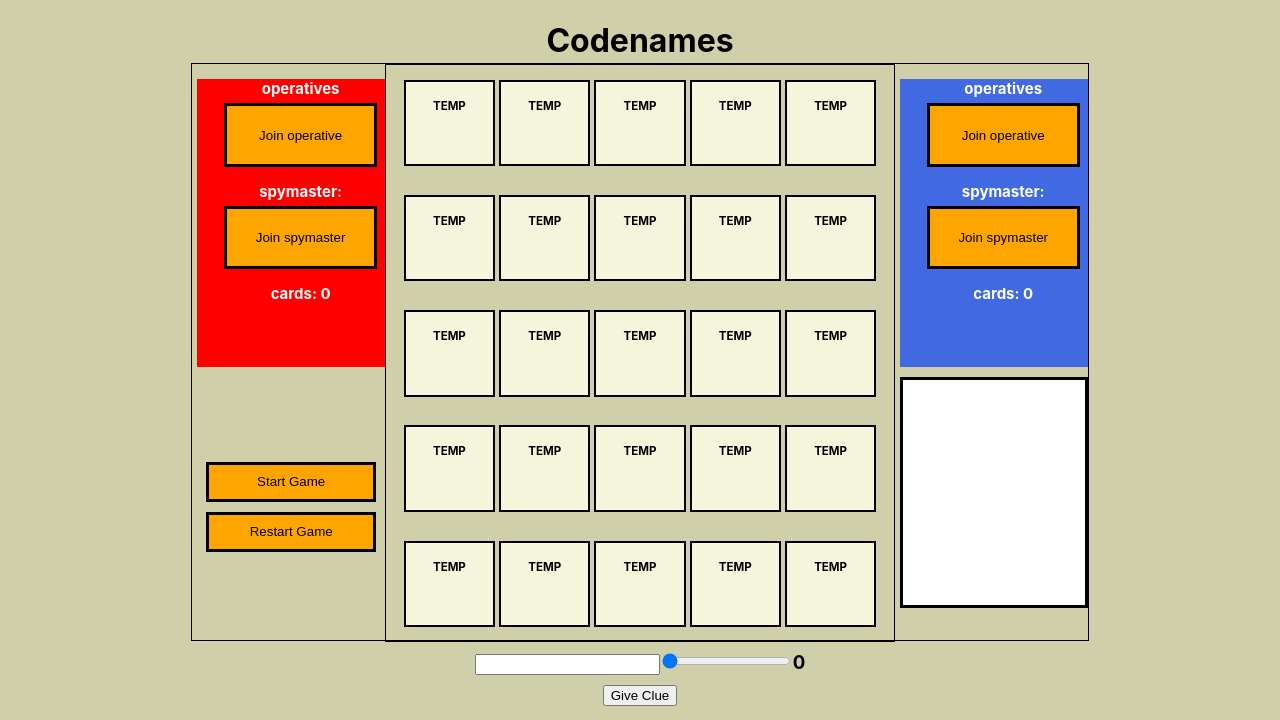
Repository: alcarrizo/Codenames-Fullstack
Page: / (app in client/)
The author's editor kept a copy of each file at every save. The page is drawn from the files as they stood at one save, then again after the next save.
The browser window is 1280 px wide. The pictures show the whole page.
The project was rebuilt for these pictures with package versions that can differ from the ones it lists, and the page was loaded fresh each time. Imported but missing from the stored project, and not drawn on this page: client/src/reportWebVitals.

Above is the page before, as saved 2023-01-17 15:07:57.

### client/src/index.js
import React from 'react';
import ReactDOM from 'react-dom/client';
import './index.css';
import App from './App';
import reportWebVitals from './reportWebVitals';
import './css/styles.css'


const root = ReactDOM.createRoot(document.getElementById('root'));
root.render(
  <React.StrictMode>
    <App />
  </React.StrictMode>
);

// If you want to start measuring performance in your app, pass a function
// to log results (for example: reportWebVitals(console.log))
// or send to an analytics endpoint. Learn more: https://bit.ly/CRA-vitals
reportWebVitals();

### client/src/App.js
import logo from './logo.svg';
import './App.css';
import { useState, useEffect } from 'react';

const Card = ({ card, revealCard, player }) => {

  var className = 'card '
  className = player.role === 'spymaster' ? className + card.team : className
  className = card.clicked ? "card " + card.team + ' picked' : className

  return (
    <div className={className} onClick={() => revealCard(card.id)}>
      {card.word === null ? 'temp' : card.word}
    </div >
  )
}

const PlayerInfo = ({ joinClass, className, joinTeam, numCards }) => {


  return (
    <div className={className + "Team"}>
      <p>operatives </p>
      <p id={className + '-operative-players'}></p>
      <Btn onClick={() => joinTeam(className, 'operative')} className={joinClass} id={className + '-join-operative'} name="Join operative" />
      <p>spymaster: </p>
      <p id={className + '-spymaster-players'}></p>
      <Btn onClick={() => joinTeam(className, 'spymaster')} className={joinClass} id={className + '-join-spymaster'} name="Join spymaster" />
      <p id={className + '-remaining-cards'}>{'cards: ' + numCards}</p>
    </div>
  )

}

const Btn = (props) => {
  return (
    <button id={props.id} onClick={props.onClick} className={props.className}>{props.name}</button>
  )
}

const App = () => {

  const [cards, setCards] = useState(Array(25).fill({
    id: 0,
    word: null,
    team: 'beige',
    clicked: false
  }).map((c, i) => {
    return {
      ...c, id: i
    }
  }
  ))

  // player object
  const [player, setPlayer] = useState({
    name: 'Joker',
    team: null,
    role: null,
    joined: false
  })

  const [clueGiven, setClueGiven] = useState(false)

  // Keeps track of turns
  const [turn, setTurn] = useState('')
  document.body.className = turn

  const [gameStart, setGameStart] = useState(false)

  //reveals the clue class if the player is the spymaster,
  //they have the turn, and a clue hasn't been given
  var clueClass = player.team === turn && player.role === 'spymaster' && !clueGiven ? 'clue-area' : 'clue-area hide'
  // revealing the end turn button if it's your turn and your role isn't spymaster
  var endClass = player.team === turn && player.role !== 'spymaster' ? 'menuBtn' : 'menuBtn hide'

  // reveals/hides the join team buttons depending on whether the player has joined or not
  var joinClass = player.joined ? 'join-button hide' : 'join-button'

  var words = "Africa, Agent, Air, Alien, Alps, Amazon, Ambulance, America, Angel, Antarctica, Apple, Arm, Atlantis, Australia, Aztec, Back, Ball, Band, Bank, Bar, Bark, Bat, Battery, Beach, Bear, Beat, Bed, Beijing, Bell, Belt, Berlin, Bermuda, Berry, Bill, Block, Board, Bolt, Bomb, Bond, Boom, Boot, Bottle, Bow, Box, Bridge, Brush, Buck, Buffalo, Bug, Bugle, Button, Calf, Canada, Cap, Capital, Car, Card, Carrot, Casino, Cast, Cat, Cell, Centaur, Center, Chair, Change, Charge, Check, Chest, Chick, China, Chocolate, Church, Circle, Cliff, Cloak, Club, Code, Cold, Comic, Compound, Concert, Conductor, Contract, Cook, Copper, Cotton, Court, Cover, Crane, Crash, Cricket, Cross, Crown, Cycle, Czech, Dance, Date, Day, Death, Deck, Degree, Diamond, Dice, Dinosaur, Disease, Doctor, Dog, Draft, Dragon, Dress, Drill, Drop, Duck, Dwarf, Eagle, Egypt, Embassy, Engine, England, Europe, Eye, Face, Fair, Fall, Fan, Fence, Field, Fighter, Figure, File, Film, Fire, Fish, Flute, Fly, Foot, Force, Forest, Fork, France, Game, Gas, Genius, Germany, Ghost, Giant, Glass, Glove, Gold, Grace, Grass, Greece, Green, Ground, Ham, Hand, Hawk, Head, Heart, Helicopter, Himalayas, Hole, Hollywood, Honey, Hood, Hook, Horn, Horse, Horseshoe, Hospital, Hotel, Ice, Ice cream, India, Iron, Ivory, Jack, Jam, Jet, Jupiter, Kangaroo, Ketchup, Key, Kid, King, Kiwi, Knife, Knight, Lab, Lap, Laser, Lawyer, Lead, Lemon, Leprechaun, Life, Light, Limousine, Line, Link, Lion, Litter, Loch ness, Lock, Log, London, Luck, Mail, Mammoth, Maple, Marble, March, Mass, Match, Mercury, Mexico, Microscope, Millionaire, Mine, Mint, Missile, Model, Mole, Moon, Moscow, Mount, Mouse, Mouth, Mug, Nail, Needle, Net, New york, Night, Ninja, Note, Novel, Nurse, Nut, Octopus, Oil, Olive, Olympus, Opera, Orange, Organ, Palm, Pan, Pants, Paper, Parachute, Park, Part, Pass, Paste, Penguin, Phoenix, Piano, Pie, Pilot, Pin, Pipe, Pirate, Pistol, Pit, Pitch, Plane, Plastic, Plate, Platypus, Play, Plot, Point, Poison, Pole, Police, Pool, Port, Post, Pound, Press, Princess, Pumpkin, Pupil, Pyramid, Queen, Rabbit, Racket, Ray, Revolution, Ring, Robin, Robot, Rock, Rome, Root, Rose, Roulette, Round, Row, Ruler, Satellite, Saturn, Scale, School, Scientist, Scorpion, Screen, Scuba diver, Seal, Server, Shadow, Shakespeare, Shark, Ship, Shoe, Shop, Shot, Sink, Skyscraper, Slip, Slug, Smuggler, Snow, Snowman, Sock, Soldier, Soul, Sound, Space, Spell, Spider, Spike, Spine, Spot, Spring, Spy, Square, Stadium, Staff, Star, State, Stick, Stock, Straw, Stream, Strike, String, Sub, Suit, Superhero, Swing, Switch, Table, Tablet, Tag, Tail, Tap, Teacher, Telescope, Temple, Theater, Thief, Thumb, Tick, Tie, Time, Tokyo, Tooth, Torch, Tower, Track, Train, Triangle, Trip, Trunk, Tube, Turkey, Undertaker, Unicorn, Vacuum, Van, Vet, Wake, Wall, War, Washer, Washington, Watch, Water, Wave, Web, Well, Whale, Whip, Wind, Witch, Worm, Yard".split(',')

  const revealCard = (id) => {
    const card = cards.find(c => c.id === id)
    // clicked cards can't be re-clicked
    if (card.clicked) {
      return
    }
    // makes it so that spymasters, the other team, and spectators
    // can't click cards during your turn
    // if (player.role === 'spymaster' || player.team !== turn || !player.joined) {
    //   return
    // }

    //prevents people from clicking the cards if the game hasn't
    // started/ ended
    if (!gameStart) {
      return
    }



    if (card.team !== turn) {
      changeTurn()
    }
    const revealedCard = { ...card, clicked: true }
    setCards(cards.map(c => c.id === id ? revealedCard : c))

  }

  const assignCards = (size, usedArr, arr, ranNum) => {
    // for loop to select 25 unique random words
    for (let i = 0; i < size; i++) {
      let randumNum = Math.round(Math.random() * ranNum)

      while (usedArr.includes(randumNum)) {
        randumNum = Math.round(Math.random() * ranNum)
      }
      usedArr.push(randumNum)
      arr.push(randumNum)
    }
  }

  const changeTurn = () => {
    // changes turn to the opposite team
    const newTurn = turn === 'blue' ? 'red' : 'blue'
    setTurn(newTurn)
  }

  const startGame = () => {
    setGameStart(true)
    //randomizing who goes first
    let randNum = Math.round(Math.random())
    const whoseTurn = randNum === 0 ? 'blue' : 'red'
    setTurn(whoseTurn)

    // array to hold the words
    var cardWords = []
    // Keeps track of the selected words to avoid using the same word twice
    var usedWords = []

    // getting the 25 words to be used
    assignCards(25, usedWords, cardWords, 399)

    cardWords = cardWords.map(i => words[i])
    // assigning cards to teams
    // resetting the card team arrays
    var redCards = []
    var blueCards = []
    var blackCard = []
    usedWords = []

    // The one who goes first gets 9 cards, otherwise they get 8
    let blueSize = whoseTurn === 'blue' ? 9 : 8
    let redSize = whoseTurn === 'red' ? 9 : 8

    // getting the black card
    assignCards(1, usedWords, blackCard, 24)

    // picking the blue cards
    assignCards(blueSize, usedWords, blueCards, 24)

    // picking the red cards
    assignCards(redSize, usedWords, redCards, 24)

    const newCards = cards.map((c, i) => {
      let team = 'beige'
      if (redCards.includes(i)) {
        team = 'red'
      }
      else if (blueCards.includes(i)) {
        team = 'blue'
      }
      else if (blackCard.includes(i)) {
        team = 'black'
      }
      return { ...c, clicked: false, word: cardWords[i], team: team }
    })
    setCards(newCards)

    // removing the start game button since the game has started
    document.getElementById('startBtn').className += ' hide'

  }

  const joinTeam = (team, role) => {
    const playerTeam = team === 'blue' ? 'blue' : 'red'
    const playerRole = role === 'operative' ? 'operative' : 'spymaster'

    const newPlayer = { ...player, role: playerRole, team: playerTeam, joined: true }

    //adding player's name to their role location
    document.getElementById(playerTeam + "-" + playerRole + "-players").innerHTML += player.name + " "


    setPlayer(newPlayer)
  }

  const restart = () => {

    setGameStart(false)

    // clearing the team name tags
    document.getElementById("blue-operative-players").innerHTML = " "
    document.getElementById("blue-spymaster-players").innerHTML = " "
    document.getElementById("red-operative-players").innerHTML = " "
    document.getElementById("red-spymaster-players").innerHTML = " "

    // resetting the cards to pre game state
    const newCards = cards.map(c => {
      return {
        ...c,
        word: null,
        team: 'beige',
        clicked: false
      }
    })
    setCards(newCards)

    // resetting player to pre game state
    const newPlayer = {
      ...player,
      team: null,
      role: null,
      joined: false
    }
    setPlayer(newPlayer)

    //resetting Turns to pre game state
    setTurn('')

    //bringing back the start game button
    document.getElementById('startBtn').className = 'menuBtn'

    //resetting the winScreen
    document.getElementById('win-screen').className = 'win-screen hide'

  }

  //checks if someone has won whenever a card is picked
  useEffect(() => {
    if (!gameStart) {
      return
    }
    let newWin = false
    let winningTeam = ''
    if (cards.filter(c => c.team === 'blue' && !c.clicked).length === 0) {
      newWin = true
      winningTeam = 'blue'
    }
    else if (cards.filter(c => c.team === 'red' && !c.clicked).length === 0) {
      newWin = true
      winningTeam = 'red'
    }
    else if (cards.filter(c => c.team === 'black' && !c.clicked).length === 0) {
      newWin = true
      winningTeam = turn === 'blue' ? 'red' : 'blue'
    }

    if (newWin === true) {
      setGameStart(false)
      document.getElementById('win-screen').className = 'win-screen'
      document.getElementById('win-screen').innerHTML = winningTeam + ' has won'

      setCards(cards.map(c => { return { ...c, clicked: true } }))
    }
  }, [cards])


  const giveClue = () => {

    let clue = document.getElementById('clue-text').value
    let clueNum = document.getElementById('clueRange').value
    clueNum = clueNum === '10' ? "&infin;" : clueNum
    document.getElementById('clue-log').innerHTML += clue + ' ' + clueNum + '<br>'
    document.getElementById('clue-area').className += 'hide'
  }

  const updateClueNum = () => {
    if (document.getElementById("clueRange").value === '10') {
      document.getElementById("rangeNumber").innerHTML = "&infin;"
    }
    else {
      document.getElementById("rangeNumber").innerHTML = document.getElementById("clueRange").value
    }
  }

  return (
    <div className="App">
      <h1>Codenames</h1>

      {/* <button onClick={() => { giveClue('test') }}>test</button> */}

      <div className='wrapper'>
        <div className={"redSide"}>
          <PlayerInfo numCards={cards.filter(c => c.team === 'red' && !c.clicked).length} joinClass={joinClass} joinTeam={joinTeam} className={'red'} />
          <div className='menu'>
            <Btn className='menuBtn' onClick={() => startGame()} id="startBtn" name="Start Game" />
            <Btn className='menuBtn' onClick={() => restart()} id="resetBtn" name="Restart Game" />
          </div>
        </div>

        <div className='gameBoard'>
          {
            cards.map((card) =>
              <Card
                player={player}
                key={card.id}
                card={card}
                revealCard={revealCard} />
            )
          }

        </div>

        <div className={"blueSide"}>
          <PlayerInfo numCards={cards.filter(c => c.team === 'blue' && !c.clicked).length} joinClass={joinClass} joinTeam={joinTeam} className={'blue'} />
          <div id='clue-log' className='clue-log'></div>
          <Btn onClick={() => changeTurn()} className={endClass} id="endTurn" name="End Turn" />
        </div>

        <div className='win-screen hide' id='win-screen'></div>
      </div>

      <div className='clue-area ' id='clue-area'>
        <input className='clue-text' id='clue-text' type="text" />
        <div className="rangeDiv" id="rangeDiv">
          <input onChange={() => { updateClueNum() }} className="clue-range" id='clueRange' type="range" autoComplete='off' min="0" max="10" defaultValue="0" />
          <h3 className="range-number" id="rangeNumber">0</h3>
        </div>
        <Btn onClick={() => { giveClue() }} className="clue-submit" id="clue-submit" name="Give Clue" />
      </div>

    </div>
  );
}

export default App;

### client/src/css/styles.css
h1 {
    margin-bottom: 3px;
}

body {
    background-color: #cfcfaa;
}

body.red {
    background-color: #b44c2b;
}

body.blue {
    background-color: #4799b7;
}

.wrapper {
    position: relative;
    border: 0.05rem solid black;
    width: 70%;
    height: 80vh;
    display: flex;
    background: none;
    margin: 0 auto;

}

.gameBoard {
    display: flex;
    flex-wrap: wrap;
    justify-content: center;
    text-align: center;
    width: 35rem;
    height: 100%;
    /*   width: 500px;
    height: 500px; */
    /*width: 15rem;
    height: 15rem;
    */
    border: 0.05rem solid black;
    margin: auto;
}



.card {
    /* background-color: royalblue; */
    background-color: beige;
    box-sizing: border-box;
    /*width: 75px;
    height: 65px;
  */
    /*   width: 5.5rem;
    height: 5rem; */
    width: 18%;
    height: 15%;
    margin: auto 2px;
    border: 2px black solid;
    font-size: .9vw;
    padding-top: 17px;
    text-transform: uppercase;
    font-weight: bold;
    transition: none;
}

.card.blue {
    background-color: royalblue;

}

.card.red {
    background-color: #ff6000;
}

.card.black {
    background-color: black;
    color: white;

}

.card.beige {
    background-color: #b9b979;
}

.card.blue,
.card.red,
.card.black,
.card.beige {
    transition: background-color 1s;
}

.card.blue.picked,
.card.red.picked,
.card.black.picked,
.card.beige.picked {
    transition: opacity 1s;
    opacity: 50%;
}


.redSide,
.blueSide {
    color: white;
    height: 100%;
    width: 13rem;
    font-size: 15px;
    font-weight: bold;
    padding-left: 5px;
    padding-bottom: 10px;
    margin: 0 auto;
}

.blueTeam,
.redTeam {
    height: 50%;
    margin-top: 10px;
    padding-left: 10%;

    box-sizing: border-box;
}

.redTeam {
    background-color: red;

}

.blueTeam {
    background-color: royalblue;

}

.blueSide {
    height: 100%;
}

.join-button {
    display: block;
    width: 90%;
    height: 22%;
    margin: -10px auto 0;
    background-color: orange;
    border: black solid 3px;
}

.join-button.hide {
    display: none;
}

.menuBtn {
    display: block;
    width: 90%;
    height: 40px;
    margin: 0 auto;
    background-color: orange;
    border: black solid 3px;
    margin-bottom: 10px;


}

.menuBtn.hide {
    display: none;
}

.menu {
    display: block;
    width: 100%;
    margin-top: 50%;
}

.clue-log {
    color: black;
    width: 100%;
    height: 40%;
    margin: 10px 0 5px;
    padding-left: 10px;
    background-color: white;
    box-sizing: border-box;
    border: black solid 3px;
    overflow-y: auto;
    line-height: 1.5;
}

.rangeDiv {
    display: inline-block;
    text-align: center;

}

.rangeDiv h3 {
    margin: 0;
    display: inline-block;
}

.clue-area {
    margin: 10px auto 0;
    width: 400px;
    height: 50px;
    margin-bottom: 15px;
}

.clue-area.hide {
    display: none;
}

.clue-submit {
    display: block;
    margin: 10px auto 0;
}

.win-screen {
    box-sizing: border-box;
    position: absolute;
    width: 30%;
    height: 30%;
    background-color: orange;
    top: 35%;
    left: 35%;
    text-align: center;
    font-size: 35px;
    line-height: 170px;
    font-weight: 800;
    border: black solid 3px;

}

.win-screen.hide {
    display: none;
}

Loaded but not shown: client/public/index.html (common file); client/src/index.css (common file); client/src/App.css (common file)

After the next save:
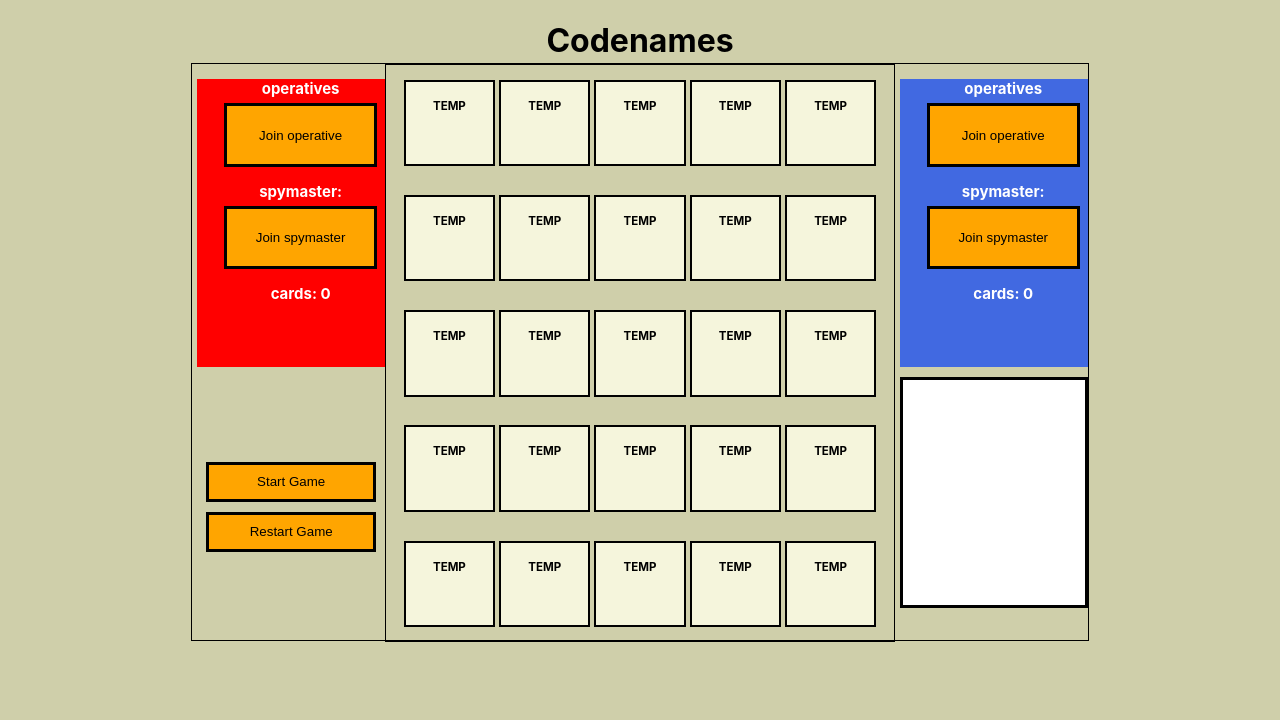
Saved 25 s later.
--- a/client/src/App.js
+++ b/client/src/App.js
@@ -321,7 +321,7 @@ const App = () => {
         <div className='win-screen hide' id='win-screen'></div>
       </div>
 
-      <div className='clue-area ' id='clue-area'>
+      <div className={clueClass} id='clue-area'>
         <input className='clue-text' id='clue-text' type="text" />
         <div className="rangeDiv" id="rangeDiv">
           <input onChange={() => { updateClueNum() }} className="clue-range" id='clueRange' type="range" autoComplete='off' min="0" max="10" defaultValue="0" />
